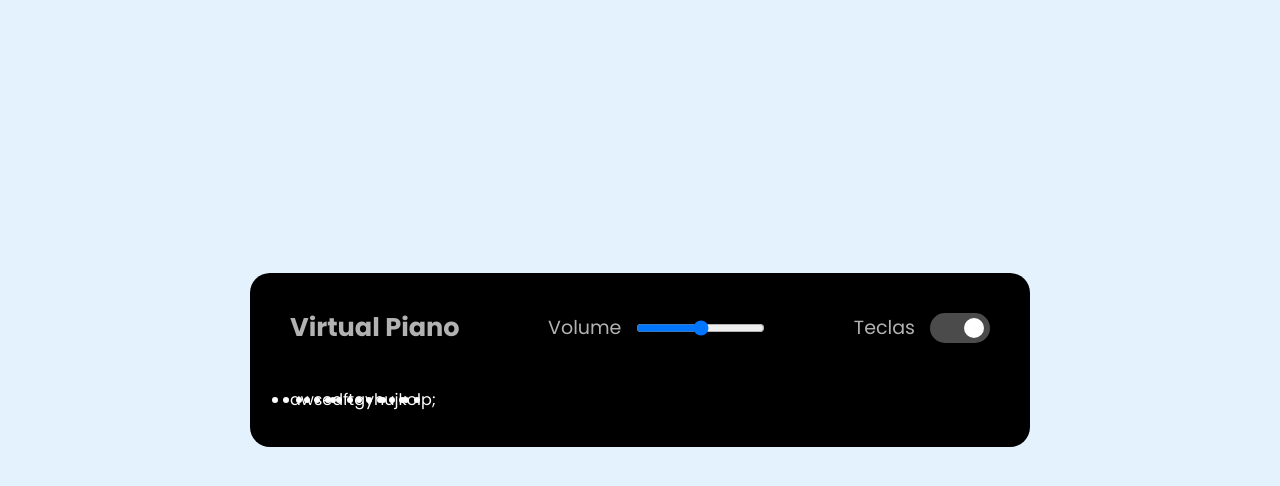
Repository: gustavotwist/simulador-piano
Page: index.html
The author's editor kept a copy of each file at every save. The page is drawn from the files as they stood at one save, then again after a run of saves.
The browser window is 1280 px wide. The pictures show the whole page.

Above is the page before, as saved 2024-11-30 17:46:54.

After the next 11 saves:
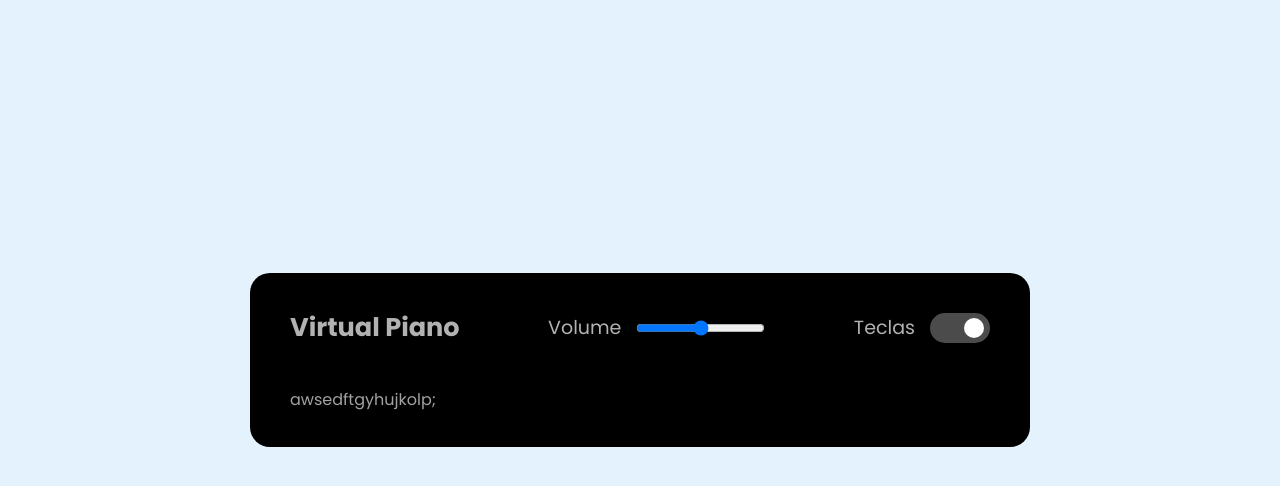
The 11 saves are shown as one change because they came seconds apart.
The last was saved 24 s later.
--- a/src/styles/main.css
+++ b/src/styles/main.css
@@ -75,5 +75,6 @@ header .column span {
 
 .piano-keys .key {
     cursor: pointer;
-    list
+    list-style: none;
+    color: #a2a2a2;
 }
